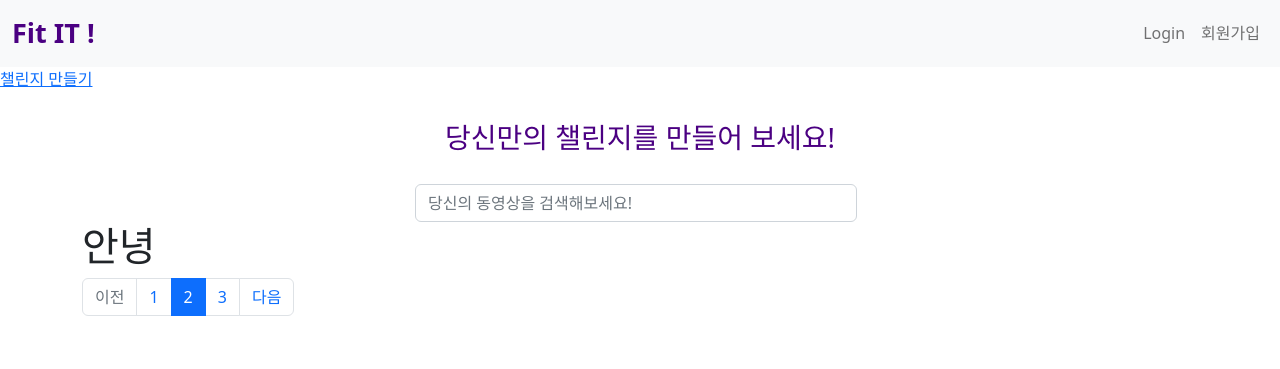
Repository: 4everGirls/Fit-IT-FRONT
Page: /makeChallenge (app in FrontEnd/fit-it/)
The author's editor kept a copy of each file at every save. The page is drawn from the files as they stood at one save, then again after the next save.
The browser window is 1280 px wide. The pictures show the whole page.
The project was rebuilt for these pictures with package versions that can differ from the ones it lists, and the page was loaded fresh each time. Also part of the build but not shown: FrontEnd/fit-it/vue.config.js, FrontEnd/fit-it/src/views/HomeView.vue, FrontEnd/fit-it/src/components/user/RegistUser.vue, FrontEnd/fit-it/src/components/user/LoginUser.vue.

Above is the page before, as saved 2022-11-20 01:30:34.

### FrontEnd/fit-it/public/index.html
<!DOCTYPE html>
<html lang="">
  <head>
    <meta charset="utf-8" />
    <meta http-equiv="X-UA-Compatible" content="IE=edge" />
    <meta name="viewport" content="width=device-width,initial-scale=1.0" />
    <link rel="icon" href="<%= BASE_URL %>favicon.ico" />
    <link
      href="https://cdn.jsdelivr.net/npm/bootstrap@5.2.2/dist/css/bootstrap.min.css"
      rel="stylesheet"
      integrity="sha384-Zenh87qX5JnK2Jl0vWa8Ck2rdkQ2Bzep5IDxbcnCeuOxjzrPF/et3URy9Bv1WTRi"
      crossorigin="anonymous"
    />
    <script
      src="https://cdn.jsdelivr.net/npm/bootstrap@5.2.2/dist/js/bootstrap.bundle.min.js"
      integrity="sha384-OERcA2EqjJCMA+/3y+gxIOqMEjwtxJY7qPCqsdltbNJuaOe923+mo//f6V8Qbsw3"
      crossorigin="anonymous"
    ></script>
    <title><%= htmlWebpackPlugin.options.title %></title>
  </head>
  <body>
    <noscript>
      <strong
        >We're sorry but <%= htmlWebpackPlugin.options.title %> doesn't work
        properly without JavaScript enabled. Please enable it to
        continue.</strong
      >
    </noscript>
    <div id="app"></div>
    <!-- built files will be auto injected -->
  </body>
</html>

### FrontEnd/fit-it/src/App.vue
<template>
  <div id="app">
    <header-nav/>

    <router-link to="/makeChallenge">챌린지 만들기</router-link>
    <router-view />

  </div>
</template>

<script>
import HeaderNav from "@/components/common/HeaderNav.vue";

export default {
  name: "App",
  components: {
    HeaderNav,
  }
}
</script>

<style>
* {
  margin: 0;
  padding: 0;
  box-sizing: border-box;
  list-style: none;
}

.text-center {
  text-align: center;
}

</style>

### FrontEnd/fit-it/src/router/index.js
import Vue from "vue";
import VueRouter from "vue-router";
import HomeView from "../views/HomeView.vue";
import RegistUser from "@/components/user/RegistUser.vue";
import LoginUser from "@/components/user/LoginUser.vue";
import MakeChallenge from "@/views/MakeChallengeView.vue";

Vue.use(VueRouter);

const routes = [
  {
    path: "/",
    name: "home",
    component: HomeView,
  },
  {
    path: "/login",
    name: "login",
    component: LoginUser,
  },
  {
    path: "/regist",
    name: "regist",
    component: RegistUser,
  },
  {
    path: "/makeChallenge",
    name: "makeChallenge",
    component: MakeChallenge,
  },
];

const router = new VueRouter({
  mode: "history",
  base: process.env.BASE_URL,
  routes,
});

export default router;

### FrontEnd/fit-it/src/store/index.js
import Vue from 'vue'
import Vuex from 'vuex'
import axios from 'axios';
import router from "@/router";
import createPersistedState from "vuex-persistedstate";

Vue.use(Vuex)

const REST_API = `http://localhost:9999`;
// const API_URL = `https://www.googleapis.com/youtube/v3/search`;
// const YOUTUBE_KEY = process.env.VUE_APP_YOUTUBE_API_KEY;

export default new Vuex.Store({
  plugins: [createPersistedState()],
  state: {
    loginUser: null,
    videos: [],
    video: null,
  },
  getters: {
  },
  mutations: {
    LOGIN_USER(state, user) {
      state.loginUser = user;
    },
    SEARCH_VIDEO(state, videos) {
      state.videos = videos
    },
  },
  actions: {
    loginUser({ commit }, user) {
      console.log(user);
      const API_URL = `${REST_API}/userApi/login`;
      axios({
        url: API_URL,
        method: "POST",
        data: user,
      })
        .then((res) => {
        if (res.data.message === "success") {
            commit("LOGIN_USER", user);
            sessionStorage.setItem("access-token", res.data["access-token"]);
            router.push({ name: "home" });
          } else {
            alert("로그인에 실패하였습니다.");
          }
        })
        .catch((err) => {
          console.log(err);
        });
    },
    createUser({ commit }, user) {
      const API_URL = `${REST_API}/userApi/signup`;

      axios({
        url: API_URL,
        method: "POST",
        data: user,
      })
        .then((res) => {
          commit;
          res;
          alert("회원 가입이 완료 되었습니다.");
          router.push("/login");
        })
        .catch((err) => {
          console.log(err);
        });
    },
    searchVideo({commit}, keyword) {
      console.log(keyword);
      // axios({
      //   url: API_URL,
      //   method: "GET",
      //   params: {
      //     key: YOUTUBE_KEY,
      //     part: 'snippet',
      //     q: keyword,
      //     type: 'video',
      //     maxResults: 3,
      //   }
      // })
      //   .then((res) => {
      //     console.log(res.data);
      //     commit("SEARCH_VIDEO", res.data.items)
      //   })
      //   .catch((err) => console.log(err));
      console.log({commit});
    },
  },
  modules: {
  }
})

### FrontEnd/fit-it/src/components/common/HeaderNav.vue
<template>
    <header>
    <!-- 로그인 전 (login, )-->
    <!-- Nav Bar 오른쪽 정렬 -->
    <nav class="navbar navbar-expand-sm bg-light navbar-light">
        <div class="container-fluid">
            <router-link to="/" class="navbar-brand nav-link">Fit IT !</router-link>
            <div class="collapse navbar-collapse justify-content-end" id="collapsibleNavbar">
                <ul class="navbar-nav">
                <li class="nav-item">
                    <router-link to="/login" class="nav-link">Login</router-link>
                </li>
                <li class="nav-item">
                    <router-link to="/regist" class="nav-link">회원가입</router-link>
                </li>
                </ul>
            </div>
        </div>
    </nav>
    </header>
</template>

<script>
export default {
name: "HeaderNav",
};
</script>

<style>
.navbar-brand {
color: indigo;
font-weight: 750;
font-size: 27px;
}
</style>

### FrontEnd/fit-it/src/views/MakeChallengeView.vue
<template>
  <div class="container">
    <!--search-container-->
    <div class="row">
        <search-video></search-video>
        <search-result></search-result>
    </div>
    <!--result form-->
    <div></div>
  </div>
</template>

<script>
import SearchVideo from '@/components/challenge/MakeChallenge/SearchVideo.vue';
import SearchResult from '@/components/challenge/MakeChallenge/SearchResult.vue';

export default {
    name: "MakeChallenge",
    components: {
        SearchVideo,
        SearchResult,
    }
}
</script>

<style>

</style>

### FrontEnd/fit-it/src/components/challenge/MakeChallenge/SearchVideo.vue
<template>
  <div class="container">
    <div class="flex-container">
      <div class="flex-item">
        <h3 class="title">당신만의 챌린지를 만들어 보세요!</h3>
      </div>
      <div class="searchContainer flex-item">
        <form class="d-flex" role="search">
          <input
            class="form-control me-2"
            type="search"
            placeholder="당신의 동영상을 검색해보세요!"
            aria-label="Search"
            size="40"
            @keyup.enter="search"
            v-model="keyword"
          />

        </form>
      </div>
    </div>
  </div>
</template>

<script>
export default {
  name: "SearchVideo",
  data() {
    return {
      keyword: "",
    };
  },
  methods: {
    search() {
      this.$store.dispatch("searchVideo", this.keyword);
    },
  },
};
</script>

<style scoped>
.title {
  margin: 30px;
  color: indigo;
  font-weight: 350;
}
.flex-container {
  display: flex;
  justify-content: center;
  align-items: center;
  flex-direction: column;
}
.searchContainer {
}
</style>

### FrontEnd/fit-it/src/components/challenge/MakeChallenge/SearchResult.vue
<template>
  <div class="result-container">
    <h1>안녕</h1>
    <li>
    <div class="list-container column">
      <!-- <div class="card" style="width: 18rem">
        <img
          v-for="video in videos"
          :key="video.videoId"
          :video="video"
          class="card-img-top"
          :src="video.snippet.thumbnails.default.url"
          alt="video-img"
        />
        <div class="card-body">
          <p class="card-text">
            {{ video.snippet.title }}
          </p>
          <button>추가</button>
        </div>
      </div> -->
    </div>
    </li>
    <!--Pagination-->
    <footer>
      <ul class="pagination">
        <li class="page-item disabled">
          <span class="page-link">이전</span>
        </li>
        <li class="page-item"><a class="page-link" href="#">1</a></li>
        <li class="page-item active" aria-current="page">
          <span class="page-link">2</span>
        </li>
        <li class="page-item"><a class="page-link" href="#">3</a></li>
        <li class="page-item">
          <a class="page-link" href="#">다음</a>
        </li>
      </ul>
    </footer>
  </div>
</template>

<script>
import { mapState } from "vuex";
export default {
  name: "SearchResult",
  computed: {
    ...mapState(["videos", "video"]),
  },
};
</script>

<style></style>

Loaded but not shown: FrontEnd/fit-it/src/main.js (common file)

After the next save:
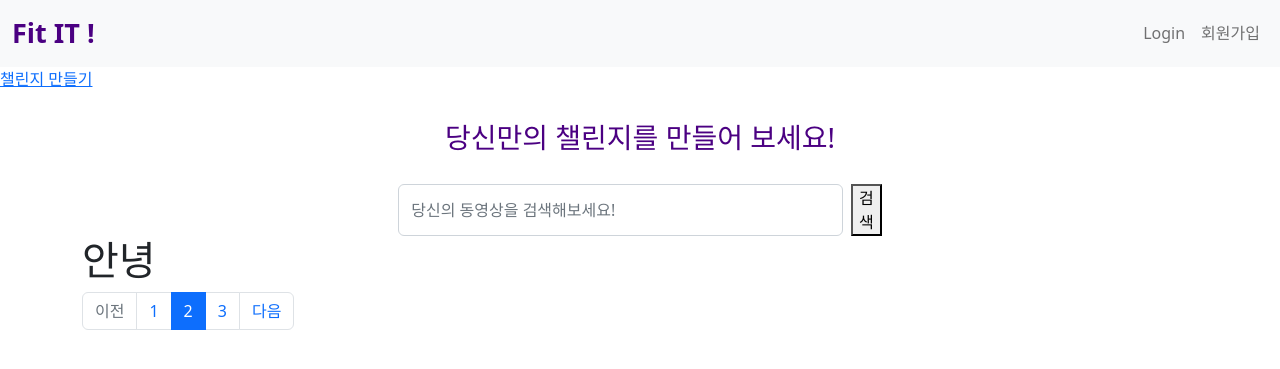
Saved 8 s later.
--- a/FrontEnd/fit-it/src/components/challenge/MakeChallenge/SearchVideo.vue
+++ b/FrontEnd/fit-it/src/components/challenge/MakeChallenge/SearchVideo.vue
@@ -15,7 +15,7 @@
             @keyup.enter="search"
             v-model="keyword"
           />
-
+          <button>검색</button>
         </form>
       </div>
     </div>
